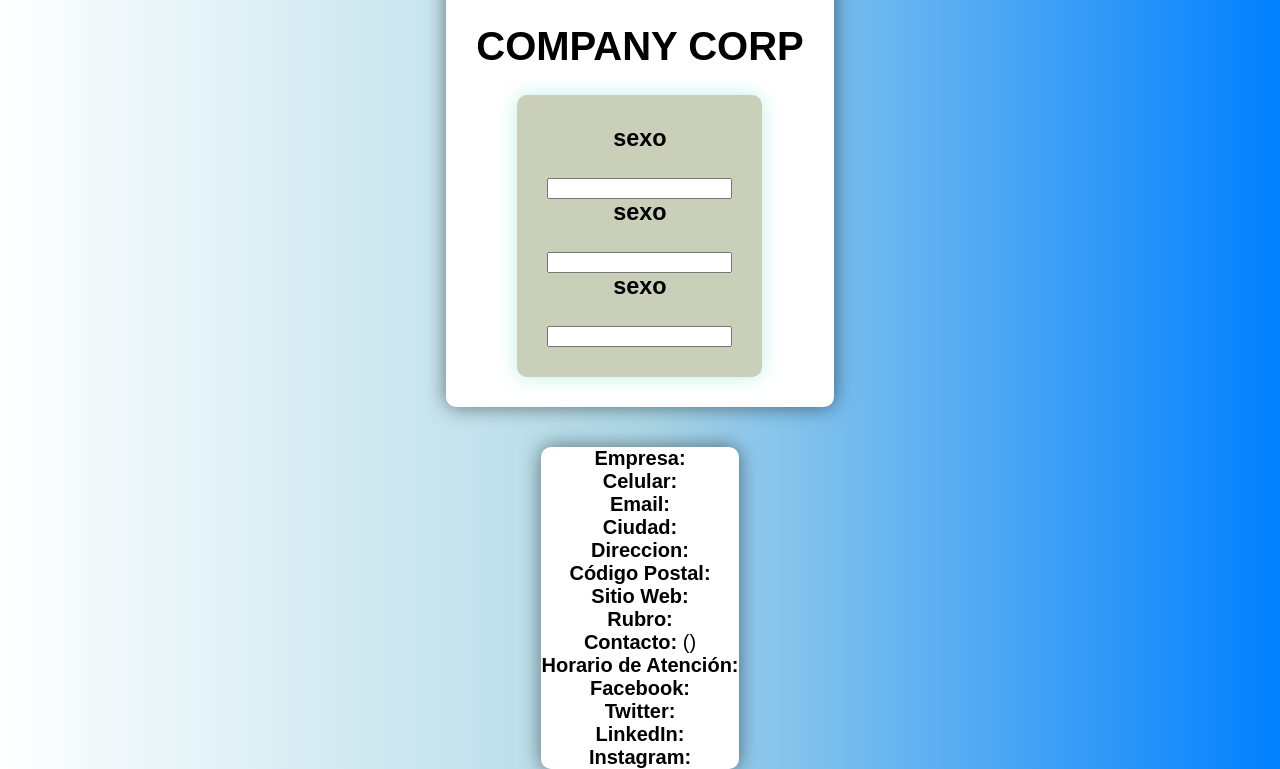
Repository: ANGELEDU141/TAREAWEBEWJASJDASJ
Page: http://localhost/JAVAWEBTAREA/WEB-INF/views/contenido.jsp
The author's editor kept a copy of each file at every save. The page is drawn from the files as they stood at one save, then again after the next save.
The browser window is 1280 px wide. The pictures show the whole page.
The page is served by Tomcat 9. Nobody is signed in. Other server files are loaded and not shown. The template is opened directly, without the code that normally fills it, so the values that code supplies are empty.

Above is the page before, as saved 2024-09-01 10:01:54.

### JAVAWEBTAREA/src/main/webapp/WEB-INF/views/contenido.jsp
<%@ page language="java" contentType="text/html; charset=UTF-8"
    pageEncoding="UTF-8"%>
<!DOCTYPE html>
<html>
<head>
<meta charset="UTF-8">
<title> COMPANY </title>
<link rel="icon" href="https://static.vecteezy.com/system/resources/previews/008/214/517/non_2x/abstract-geometric-logo-or-infinity-line-logo-for-your-company-free-vector.jpg">
<style>
    body {

        padding: 0px;
        height: 100vh;
        display: flex;
        align-items:center;
         flex-direction: column;
        justify-content: center; /* Centra horizontalmente */
        align-items: center; /* Centra verticalmente */
        font-family: Arial, sans-serif;
		background: linear-gradient(to right, rgb(255, 255, 255), rgb(173, 216, 230), rgb(0, 128, 255));

    }
    .container {

        max-width: 600px;
        display:flex;
   		flex-direction:column;
   		align-content:center;
   		justify-content: center;
   		align-items:center;
   		padding: 30px;

        background-color: white;
        box-shadow: 0px 0px 20px rgba(0, 0, 0, 0.5);
        text-align: center;
        border-radius: 10px;
        font-size: 20px;

    }

    .contac {

 		margin-top: 40px;
        max-width: 600px;

        background-color: white;
        box-shadow: 0px 0px 20px rgba(0, 0, 0, 0.5);
        text-align: center;
        border-radius: 10px;
        font-size: 20px;

        }




    .quest {



   		padding: 30px;
   		border:60px;
        max-width: 200px;
        background-color: rgba(201, 207, 185);
        box-shadow: 0px 0px 20px rgba(191, 240, 232);
        text-align: center;
        border-radius: 10px;
        }

        .quest h3{
         margin: 0;
    padding: 0; }



</style>
</head>
<body>
    <div class="container">
        <h1> COMPANY CORP </h1>


        <div class="quest">

        <h3>sexo</h3><br>
        <input>
        <h3>sexo</h3><br>
        <input>
        <h3>sexo</h3><br>
         <input>



        </div>
    </div>

    <div  class="contac">

		<b> Empresa:</b> ${empresa}<br>
		<b> Celular:</b> ${celular}<br>
		<b> Email:</b> ${email}<br>
		<b> Ciudad:</b> ${ciudad}<br>
	    <b>Direccion:</b> ${direccion}<br>
        <b>Código Postal:</b> ${código_postal}<br>
        <b>Sitio Web:</b> <a href="http://${sitio_web}" target="_blank">${sitio_web}</a><br>
        <b>Rubro:</b> ${rubro}<br>
        <b>Contacto:</b> ${contacto_nombre} (${contacto_puesto})<br>
        <b>Horario de Atención:</b> ${horario_atención}<br>
        <b>Facebook:</b> <a href="http://${facebook}" target="_blank">${facebook}</a><br>
        <b>Twitter:</b> <a href="http://${twitter}" target="_blank">${twitter}</a><br>
        <b>LinkedIn:</b> <a href="http://${linkedin}" target="_blank">${linkedin}</a><br>
        <b>Instagram:</b> <a href="http://${instagram}" target="_blank">${instagram}</a>


	</div>
</body>

After the next save:
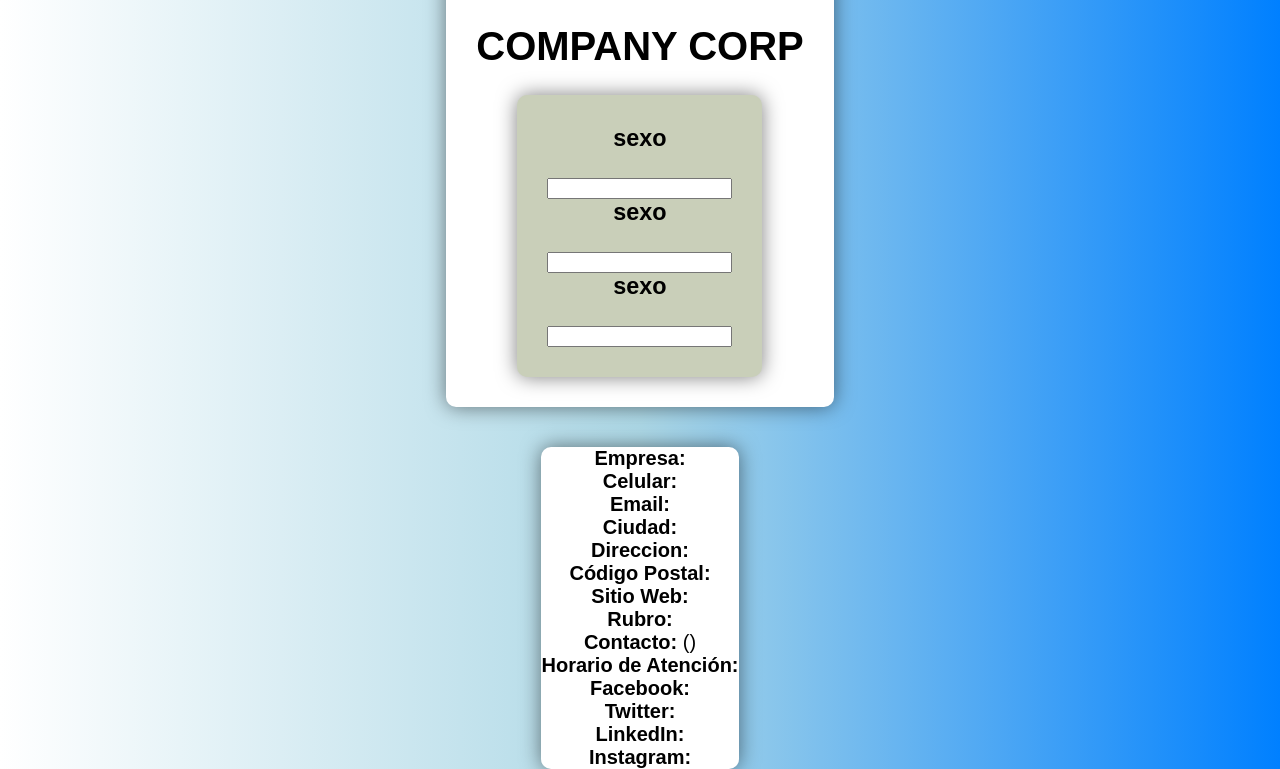
Saved 17 s later.
--- a/JAVAWEBTAREA/src/main/webapp/WEB-INF/views/contenido.jsp
+++ b/JAVAWEBTAREA/src/main/webapp/WEB-INF/views/contenido.jsp
@@ -62,7 +62,7 @@
    		border:60px;
         max-width: 200px;
         background-color: rgba(201, 207, 185);
-        box-shadow: 0px 0px 20px rgba(191, 240, 232);
+        box-shadow: 0px 0px 20px rgba(0, 0, 0, 0.5);
         text-align: center;
         border-radius: 10px;
         }
